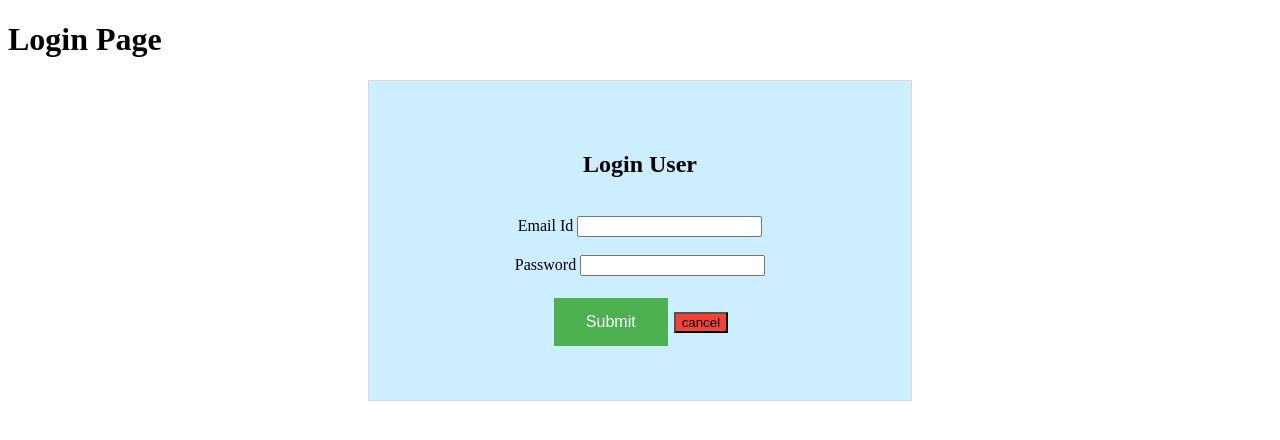
Repository: ashwinipatil321/ServletPrograms
Page: http://localhost/loginAndRegisterServlet/login.jsp
An editor plug-in stored every save of this project. The page is shown before and after the next save, followed by the edit.
The browser window is 1280 px wide. The pictures show the whole page.
The page is served by Tomcat 9. Other server files are loaded and not shown.

Above is the page before, as saved 2017-11-07 04:55:22.

### loginAndRegisterServlet/WebContent/login.jsp
<%@ page language="java" contentType="text/html; charset=UTF-8"
	pageEncoding="UTF-8"%>
<!DOCTYPE html PUBLIC "-//W3C//DTD HTML 4.01 Transitional//EN" "http://www.w3.org/TR/html4/loose.dtd">
<html>
<head>
<meta http-equiv="Content-Type" content="text/html; charset=UTF-8">
<title> welcome Login page</title>
<style type="text/css">
center{
border:1px solid #D5D8DC;
padding:50px;
margin:auto;
background-color:#CCEEFF;
width:35%;
}

.button {
    background-color: #4CAF50; /* Green */
    border: none;
    color: white;
    padding: 15px 32px;
    text-align: center;
    text-decoration: none;
    display: inline-block;
    font-size: 16px;
    margin: 4px 2px;
    cursor: pointer
}
.button1 {
    background-color: #f44336;
}
</style>
</head>

<body>
	<h1>Login Page</h1>
	<center>
		<h2>Login User</h2>
		<form action="Login" method="post"><br />
			 Email Id
			<input type="text" name="emailId"> <br /><br>
			 Password
			<input type="password" name="password"> <br /><br>
			<input type="submit" value="Submit" class="button">
			 <a href="Register.jsp">
			 <input type="button" value="cancel" class="button1"></a>
		</form>
	</center>
</body>
</html>

After the next save:
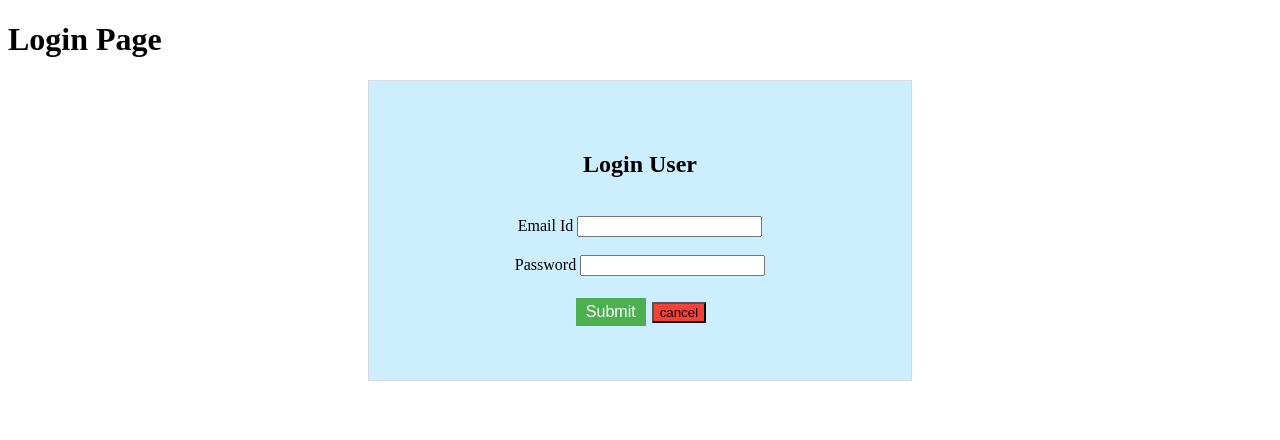
Saved 28 s later.
--- a/loginAndRegisterServlet/WebContent/login.jsp
+++ b/loginAndRegisterServlet/WebContent/login.jsp
@@ -18,7 +18,7 @@ width:35%;
     background-color: #4CAF50; /* Green */
     border: none;
     color: white;
-    padding: 15px 32px;
+    padding: 5px 10px;
     text-align: center;
     text-decoration: none;
     display: inline-block;
